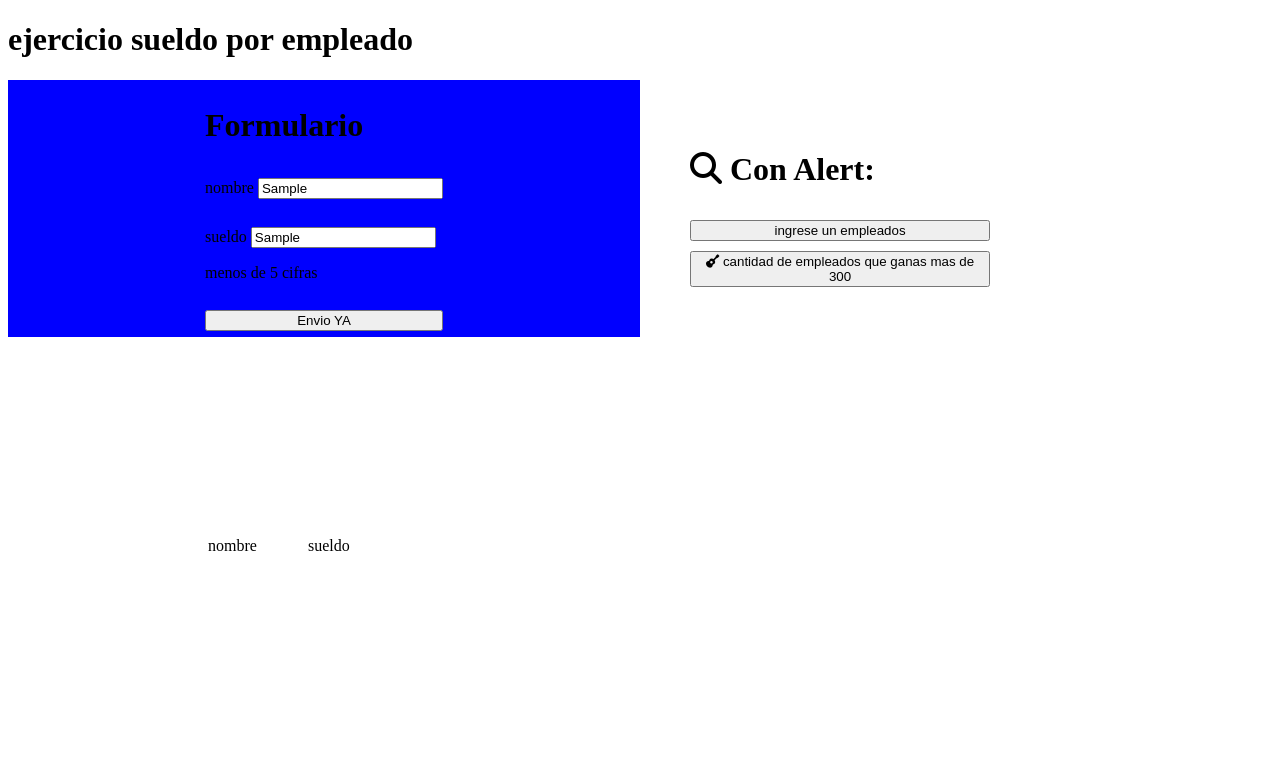
Repository: wolfmarcos/Ej-FormSesionEmpleados
Page: index.html
These files come from the project's save history. The page is drawn as it stood at one moment and after the next save; the edit follows.
The browser window is 1280 px wide. The pictures show the whole page.
Empty fields were first filled with sample values (such as "Sample", 5 or name@example.com).
After loading, the first visible `#form` was submitted once.
Some web libraries are served in a nearby version.

Above is the page before, as saved 2022-07-31 04:17:32.

After the next save:
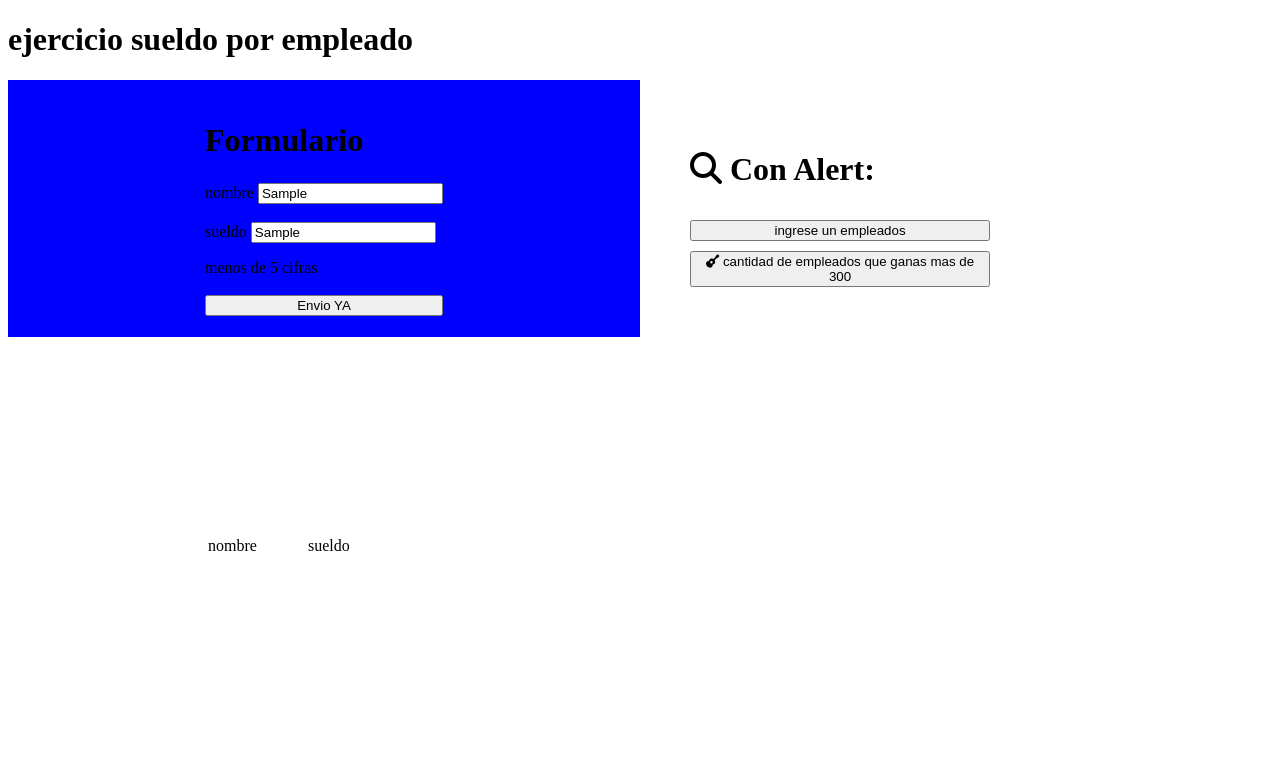
Saved 6 s later.
--- a/ej1.css
+++ b/ej1.css
@@ -39,7 +39,7 @@ background-color: rgb(205, 255, 253);
 /* .b.borde{border-bottom: solid 5px brown;} */
 .d.h{
   background-color: blue;
-  padding: ;
+  padding: 20px;
   /* visibility: visible; */
   /* position: absolute;
   font-size: 20000px;
